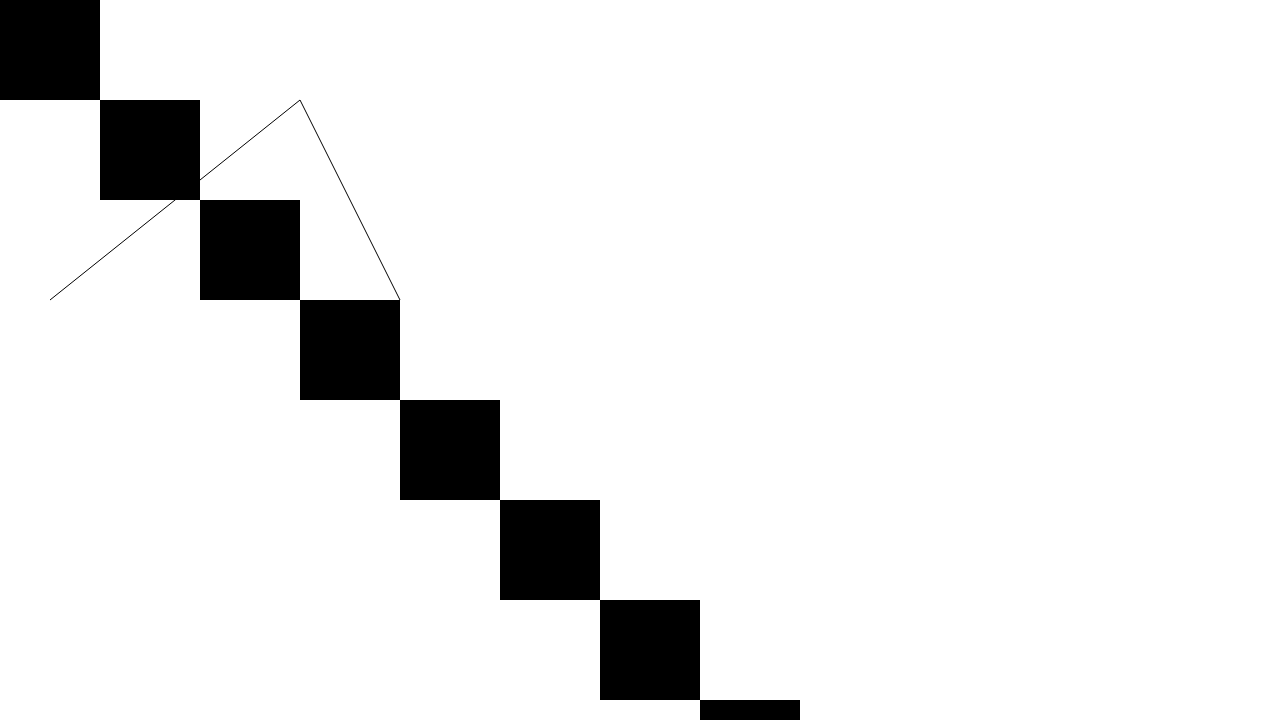
Repository: MikeTroianello/canvas-testing
Page: index.html
The author's editor kept a copy of each file at every save. The page is drawn from the files as they stood at one save, then again after the next save.
The browser window is 1280 px wide. The pictures show the whole page.

Above is the page before, as saved 2019-06-04 22:12:18.

### index.html
<!DOCTYPE html>
<html lang="en">
  <head>
    <meta charset="UTF-8" />
    <meta name="viewport" content="width=device-width, initial-scale=1.0" />
    <meta http-equiv="X-UA-Compatible" content="ie=edge" />
    <link rel="stylesheet" type="text/css" href="style.css" />
    <title>Canvas</title>
  </head>
  <body>
    <canvas></canvas>
    <script src="canvas.js"></script>
  </body>
</html>

### style.css
body {
  margin: 0;
}

/* canvas {
  border: 1px solid black;
} */

### canvas.js
var canvas = document.querySelector('canvas');
console.log(canvas);

canvas.width = window.innerWidth;
canvas.height = window.innerHeight;

var ctx = canvas.getContext('2d');

for (let i = 0; i < canvas.width; i++) {
  ctx.fillRect(i * 100, i * 100, 100, 100);
}

//Line

ctx.beginPath();
ctx.moveTo(50, 300);
ctx.lineTo(300, 100);
ctx.lineTo(400, 300);
ctx.stroke();

After the next save:
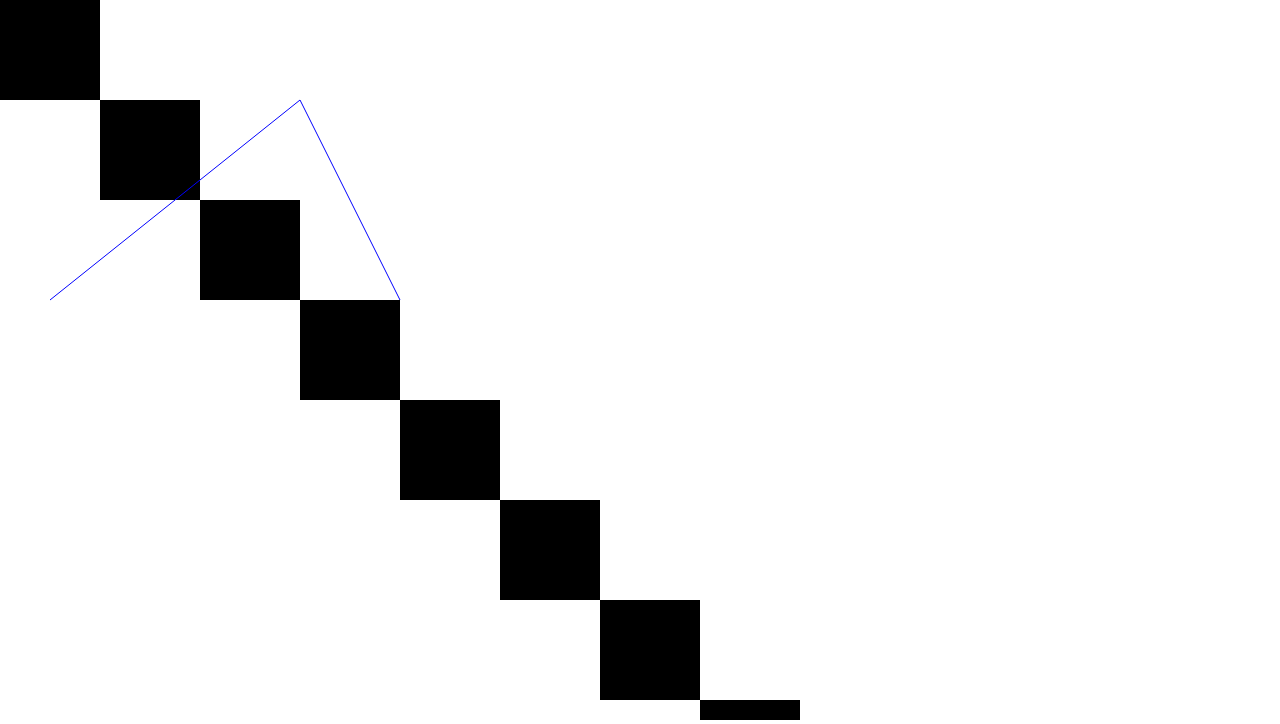
Saved 5 min 13 s later.
--- a/canvas.js
+++ b/canvas.js
@@ -16,4 +16,5 @@ ctx.beginPath();
 ctx.moveTo(50, 300);
 ctx.lineTo(300, 100);
 ctx.lineTo(400, 300);
+ctx.strokeStyle = 'blue';
 ctx.stroke();
